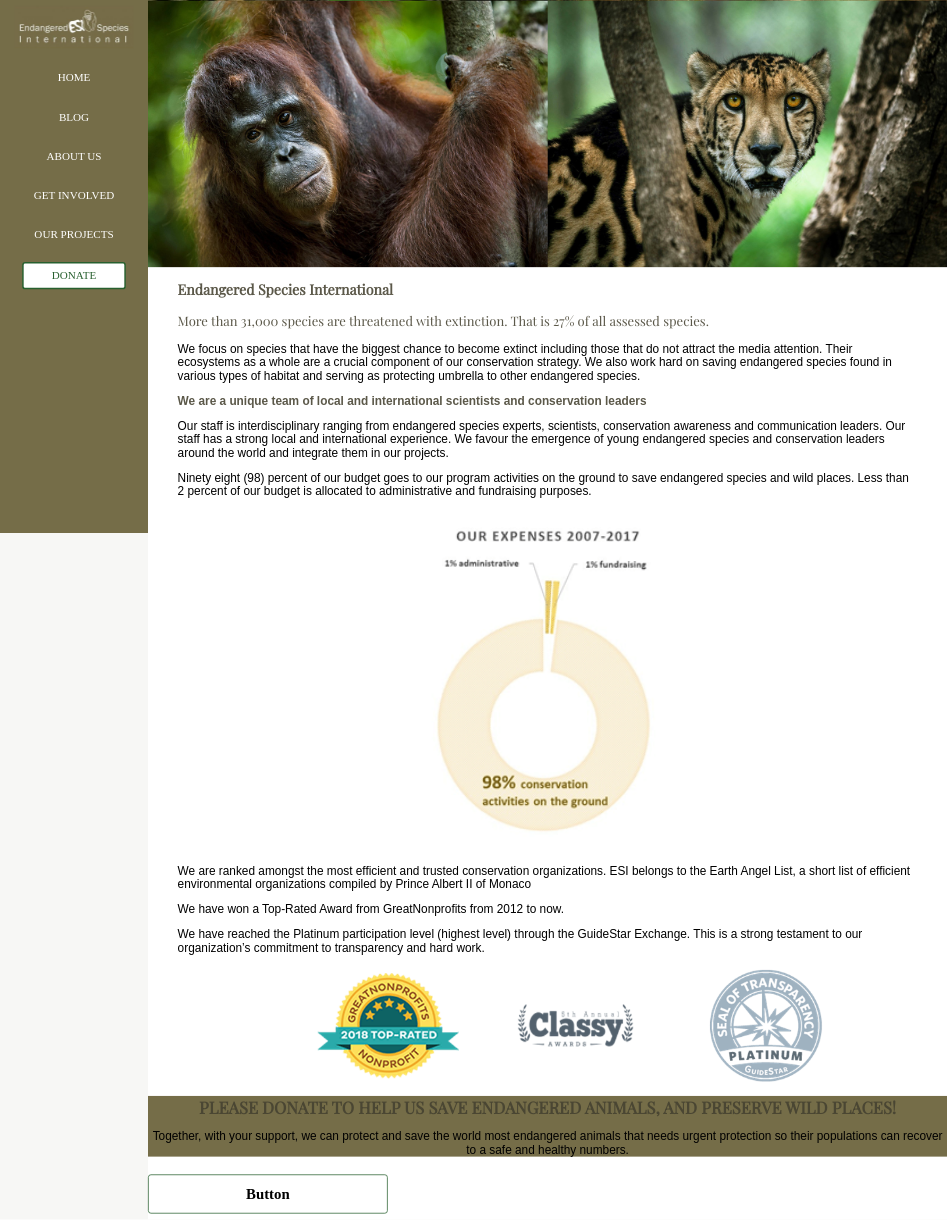
Repository: jlsorgel/smc_WD2_spring20
Page: final/about.html
These files come from the project's save history. The page is drawn as it stood at one moment and after the next save; the edit follows.
The browser window is 1280 px wide. The pictures show the whole page, at 74% of full size.
Some web fonts or font styles are not loaded; a fallback is used. Some web libraries are served in a nearby version.

Above is the page before, as saved 2020-06-16 16:50:07.
Console error: TypeError: Cannot set properties of null (setting 'onclick')

After the next save:
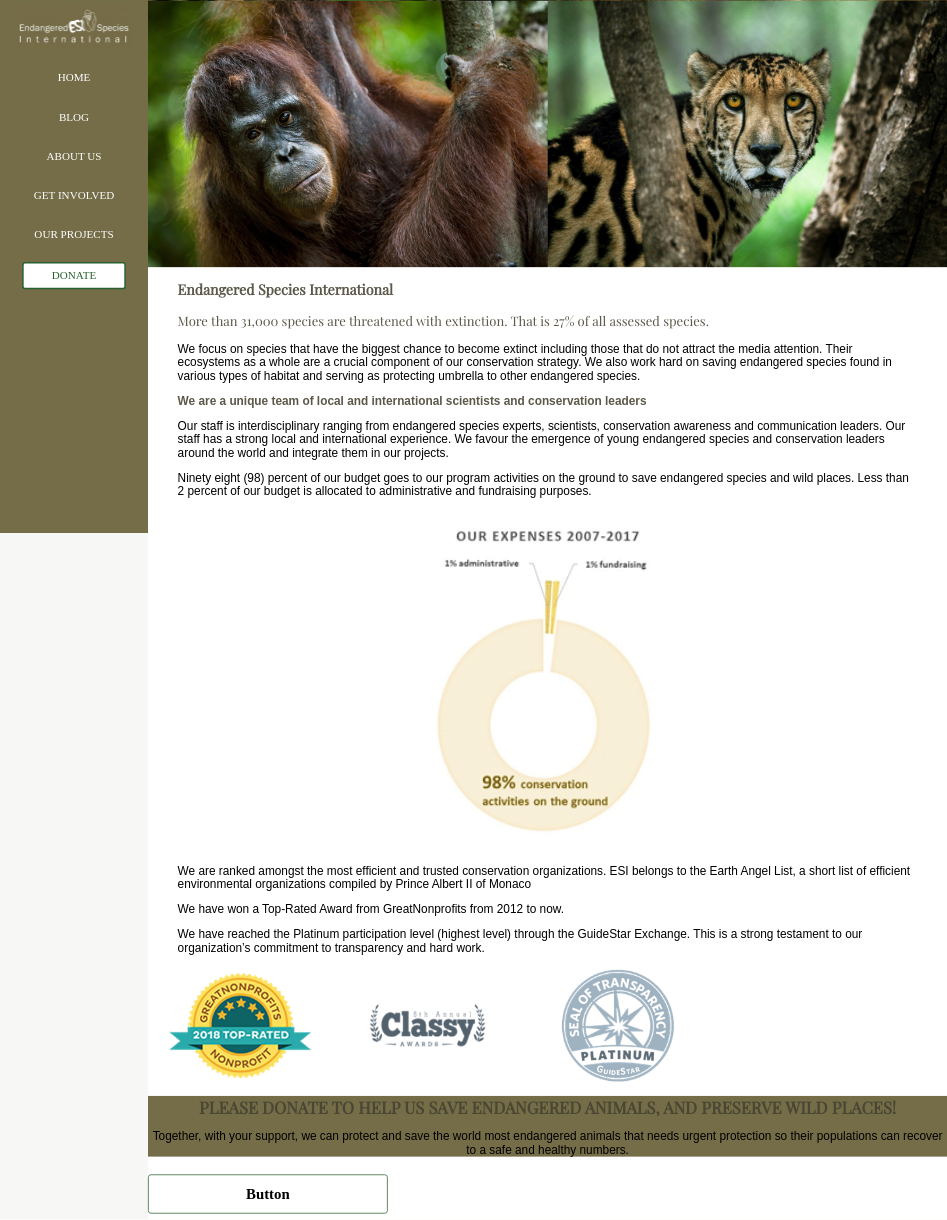
Saved 112 s later.
--- a/final/about.css
+++ b/final/about.css
@@ -69,7 +69,7 @@
    grid-gap: 5px;
   grid-template-columns: repeat(3, 250px);
   background-color:white;
- padding-left:200px;;
+
   /* grid-template-rows: repeat(4, 100px); */
 }
 
@@ -81,3 +81,11 @@
 
 }
 }
+
+@media(min-width: 970px){
+.about-grid{
+  /* padding-left:200px; */
+  margin:auto;
+  text-align:center;
+}
+}

After the save that followed:
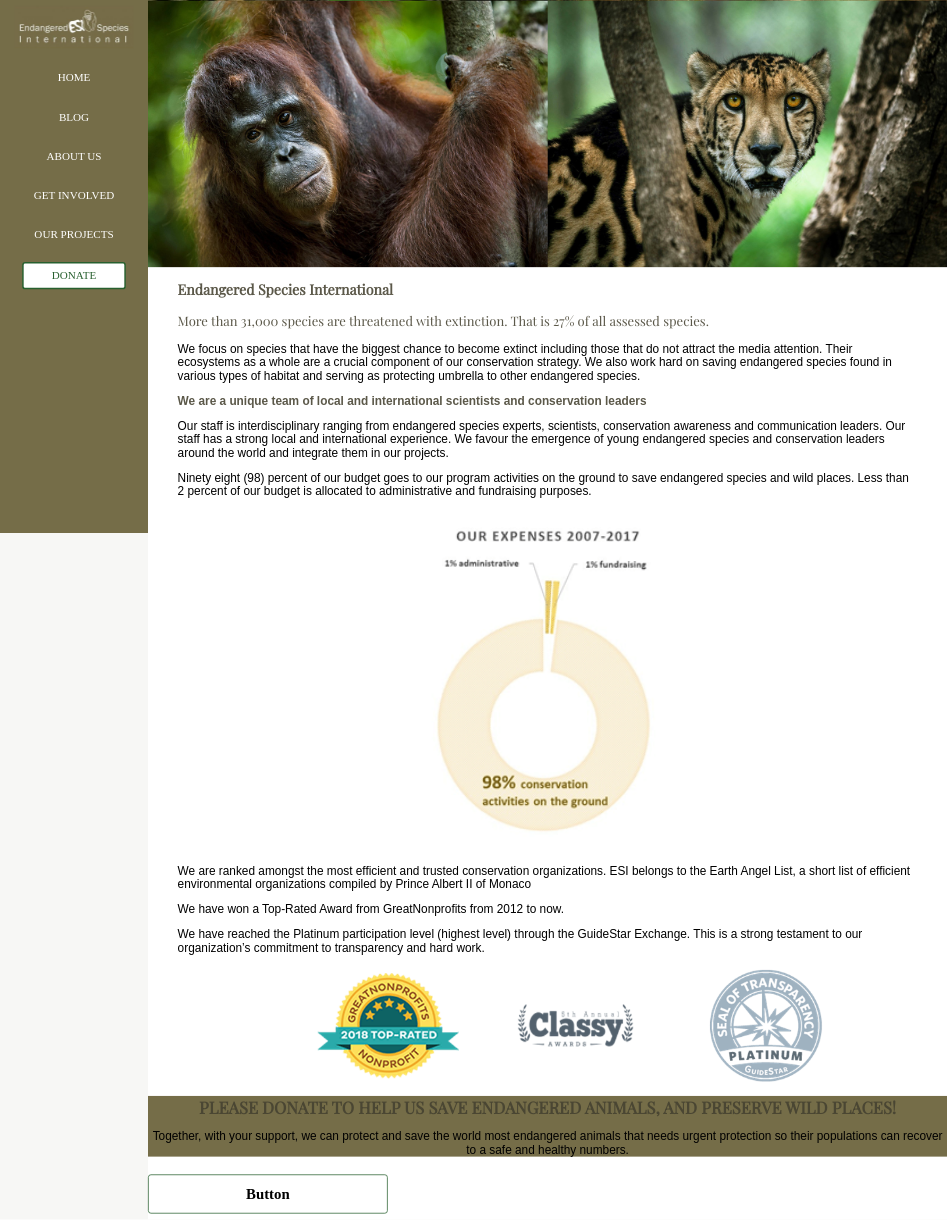
Saved 15 s later.
--- a/final/about.css
+++ b/final/about.css
@@ -84,8 +84,7 @@
 
 @media(min-width: 970px){
 .about-grid{
-  /* padding-left:200px; */
-  margin:auto;
-  text-align:center;
+  padding-left:200px;
+
 }
 }
